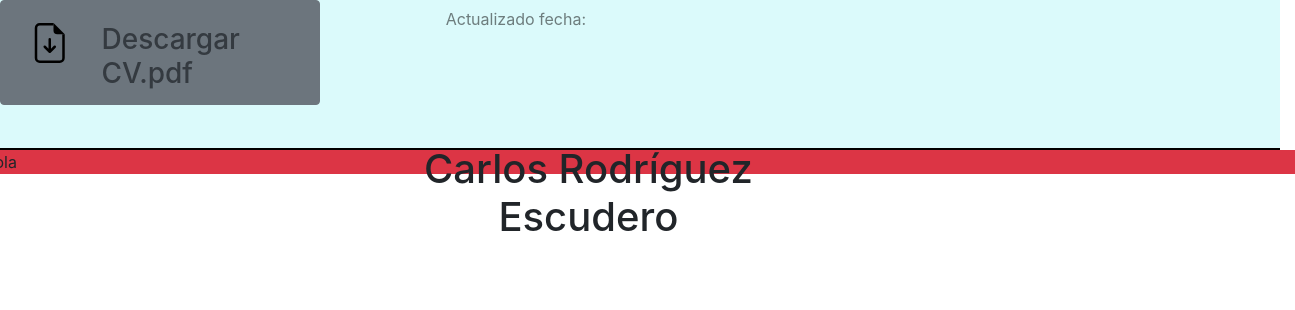
Repository: CarlosRoEs/CarlosWebCV
Page: index.html
An editor plug-in stored every save of this project. The page is shown before and after a run of saves, followed by the edit.
The browser window is 1280 px wide. The page is 1295 px wide, so the pictures cover 1295 px, including what lies to the right of the window. The pictures show the whole page.
The style sheet was rebuilt from its Sass, Less or Tailwind sources for each picture, by a compiler version that may differ from the author's.

Above is the page before, as saved 2020-09-15 15:59:53.

### index.html
<!DOCTYPE html>
<html lang="es">

<head>
    <meta charset="UTF-8">
    <meta name="viewport" content="width=device-width, initial-scale=1.0">
    <title>Carlos Rodríguez</title>
    <link rel="stylesheet" href="bootstrap/css/bootstrap.min.css">
    <link rel="stylesheet" href="Sass/dist/header.css">
</head>

<body>

    <div class="container-fluid">
        <div id="row-header" class="row">
            <header id="header" class="col-12">
                <div id="row-a-header" class="row">

                            <!-- <a href="https://www.sport.es/es/" id="a-header" class="col-4 text-decoration-none d-flex flex-row flex-wrap mt-4 ml-5"> -->
                                <button id="header-button" type="button" class="btn btn-secondary col-3 d-flex flex-row" data-toggle="tooltip" data-placement="top" title="Descargar PDF">
                                    <svg width="40px" height="40px" viewBox="0 0 16 16" class="bi bi-file-earmark-arrow-down col-3 mt-3" fill="dark" xmlns="http://www.w3.org/2000/svg">
                                        <path d="M4 0h5.5v1H4a1 1 0 0 0-1 1v12a1 1 0 0 0 1 1h8a1 1 0 0 0 1-1V4.5h1V14a2 2 0 0 1-2 2H4a2 2 0 0 1-2-2V2a2 2 0 0 1 2-2z" />
                                        <path d="M9.5 3V0L14 4.5h-3A1.5 1.5 0 0 1 9.5 3z" />
                                        <path fill-rule="evenodd" d="M8 6a.5.5 0 0 1 .5.5v3.793l1.146-1.147a.5.5 0 0 1 .708.708l-2 2a.5.5 0 0 1-.708 0l-2-2a.5.5 0 1 1 .708-.708L7.5 10.293V6.5A.5.5 0 0 1 8 6z" />
                                    </svg>
                                    <h3 id="h3-header" class="col-9 mt-3 text-left text-dark">Descargar CV.pdf</h3>
                                    <p class="col-12 text-right text-black-50">Actualizado fecha:</p>
                                </div>


                            <!-- </a> -->
                    <div class="col-8 d-flex justify-content-center mt-4">
                        <h1 class="mt-3 mr-5 align-items-center">Carlos Rodríguez Escudero</h1>
                    </div>
                </div>
            </header>
        </div>
        <div class="row bg-danger">
            hola
        </div>

    </div>

    <script type="text/javascript" src="jquery/jquery-3.5.1.min.js"></script>
    <script type="text/javascript" src="bootstrap/js/bootstrap.min.js"></script>
</body>

</html>

### Sass/header.scss
* {
    margin: 0px;
    padding: 0px;
}


#header {
    height: 150px;
    text-align: center;
    border-bottom: 2px solid black;
    background-color: rgba(175, 244, 247, 0.446);

    h1{
        margin-left: 45%;
    }
}

#a-header {
    border: 5px solid red;
    border-radius: 10px;
    font-size: 10px;
}

Loaded but not shown: bootstrap/css/bootstrap.min.css (library); jquery/jquery-3.5.1.min.js (library); bootstrap/js/bootstrap.min.js (library)

After the next 3 saves:
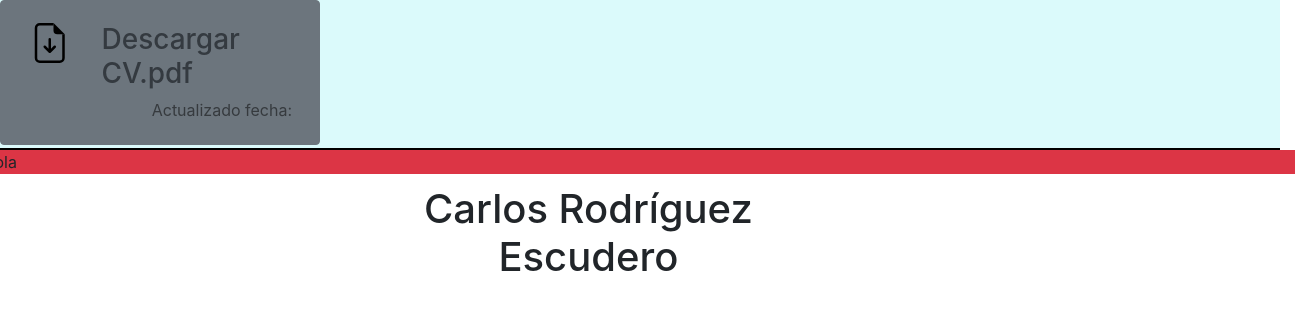
The 3 saves are shown as one change because they came seconds apart.
The last was saved 12 s later.
--- a/index.html
+++ b/index.html
@@ -17,7 +17,7 @@
                 <div id="row-a-header" class="row">
 
                             <!-- <a href="https://www.sport.es/es/" id="a-header" class="col-4 text-decoration-none d-flex flex-row flex-wrap mt-4 ml-5"> -->
-                                <button id="header-button" type="button" class="btn btn-secondary col-3 d-flex flex-row" data-toggle="tooltip" data-placement="top" title="Descargar PDF">
+                                <button id="header-button" type="button" class="btn btn-secondary col-3 d-flex flex-row flex flex-wrap" data-toggle="tooltip" data-placement="top" title="Descargar PDF">
                                     <svg width="40px" height="40px" viewBox="0 0 16 16" class="bi bi-file-earmark-arrow-down col-3 mt-3" fill="dark" xmlns="http://www.w3.org/2000/svg">
                                         <path d="M4 0h5.5v1H4a1 1 0 0 0-1 1v12a1 1 0 0 0 1 1h8a1 1 0 0 0 1-1V4.5h1V14a2 2 0 0 1-2 2H4a2 2 0 0 1-2-2V2a2 2 0 0 1 2-2z" />
                                         <path d="M9.5 3V0L14 4.5h-3A1.5 1.5 0 0 1 9.5 3z" />
